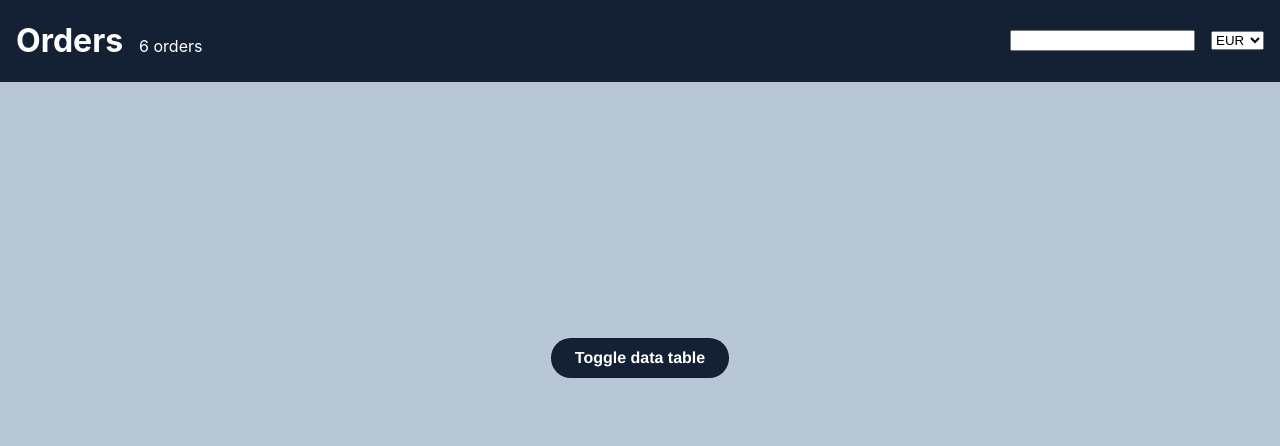
Repository: PreetiToppo/Assignment_Question_1
Page: /
An editor plug-in stored every save of this project. The page is shown before and after the next save, followed by the edit.
The browser window is 1280 px wide. The pictures show the whole page.
The project was rebuilt for these pictures with package versions that can differ from the ones it lists, and the page was loaded fresh each time. Also part of the build but not shown: src/component/list/ListRow.module.css, src/component/list/ListRow.jsx, src/component/list/ListRowCell.module.css, src/component/list/ListRowCell.jsx, src/component/list/ListHeader.jsx, src/component/list/ListHeaderCell.module.css, src/component/list/ListHeaderCell.jsx, src/component/list/List.module.css and 3 more.

Above is the page before, as saved 2023-08-06 14:57:18.

After the next save:
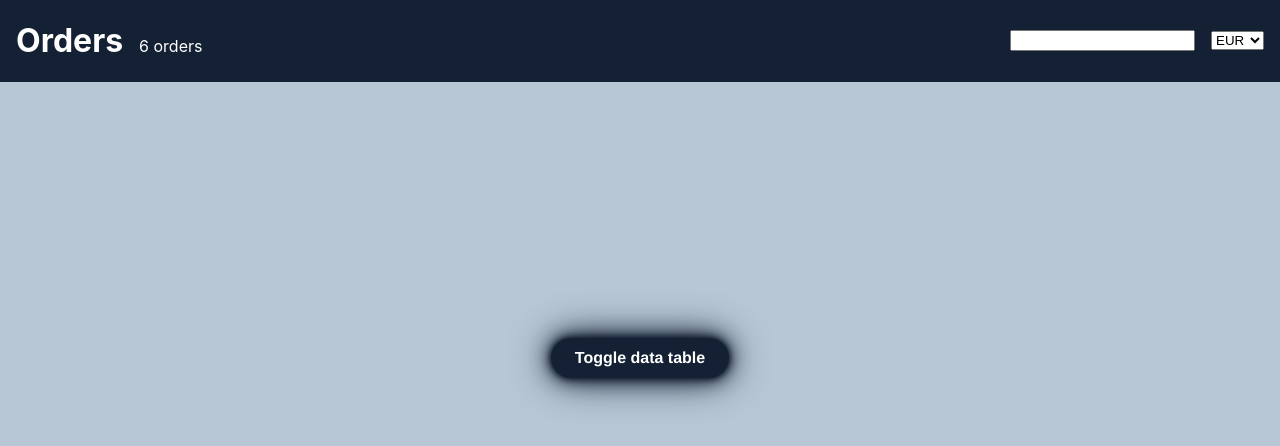
Saved 103 s later.
--- a/src/stories/button.css
+++ b/src/stories/button.css
@@ -14,12 +14,14 @@
 .storybook-button--secondary {
   color: white;
   background-color: #142033;
-  box-shadow: rgba(0, 0, 0, 0.15) 0px 0px 0px 1px inset;
+  /* box-shadow: rgba(0, 0, 0, 0.15) 0px 0px 0px 1px inset; */
+  box-shadow: 0 0 5px #142033, 0 0 10px #142033, 0 0 20px #142033,
+    0 0 40px #142033;
   transition: background-color 0.1s ease-out;
-
+  /*
   &:hover {
     background-color: white;
-  }
+  } */
 }
 .storybook-button--small {
   font-size: 12px;
